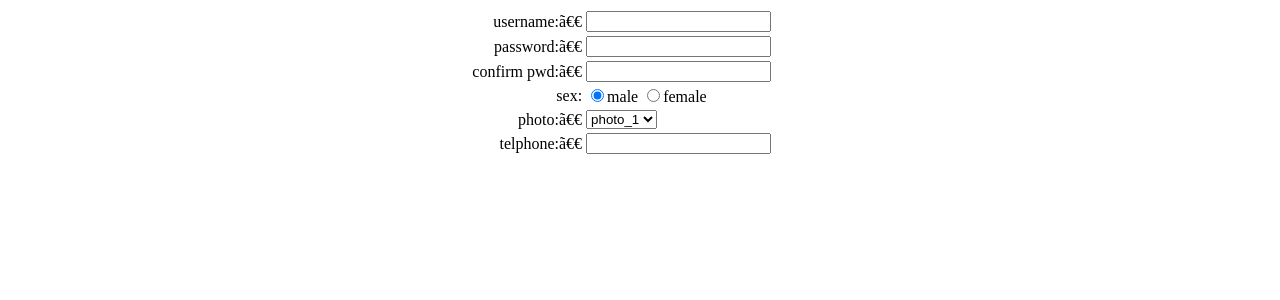
Repository: GetHubByYc/MyEclipse
Page: http://localhost/CheckLogin/reg.jsp
The author's editor kept a copy of each file at every save. The page is drawn from the files as they stood at one save, then again after the next save.
The browser window is 1280 px wide. The pictures show the whole page.
The page is served by Tomcat 9.

Above is the page before, as saved 2015-11-13 14:16:07.

After the next save:
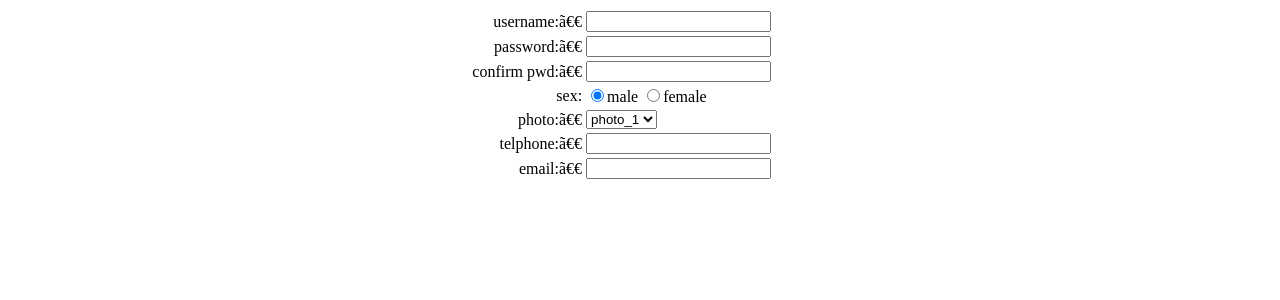
Saved 10 s later.
--- a/CheckLogin/WebRoot/reg.jsp
+++ b/CheckLogin/WebRoot/reg.jsp
@@ -53,6 +53,10 @@
     		<td align="right">telphone:　</td>
     		<td><input type="text" name="tel" ></td>
     	</tr>
+    	<tr>
+    		<td align="right">email:　</td>
+    		<td><input type="text" name="email" ></td>
+    	</tr>
     </table>
   </body>
 </html>
